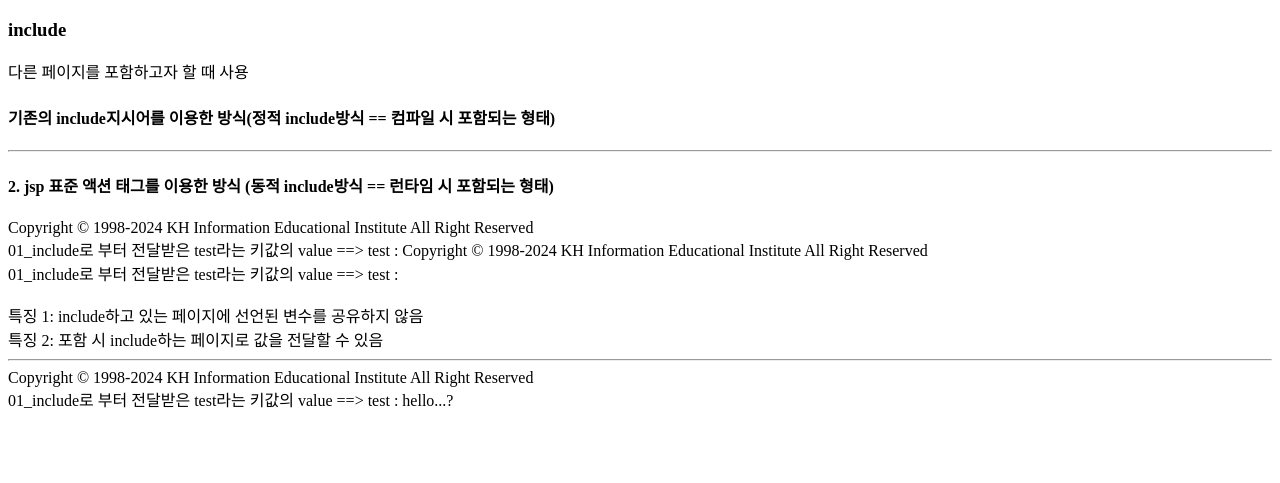
Repository: judeyong/myWebWorkSpace2
Page: http://localhost/Action_Project/views/StandardAction/01_include.jsp
The author's editor kept a copy of each file at every save. The page is drawn from the files as they stood at one save, then again after the next save.
The browser window is 1280 px wide. The pictures show the whole page.
The page is served by Tomcat 9. Other server files are loaded and not shown.

Above is the page before, as saved 2024-04-03 03:34:57.

### Action_Project/WebContent/views/StandardAction/01_include.jsp
<%@ page language="java" contentType="text/html; charset=UTF-8"
    pageEncoding="UTF-8"%>
<!DOCTYPE html>
<html>
<head>
<meta charset="UTF-8">
<title>Insert title here</title>
</head>
<body>

	<h3>include</h3>

	<p>
		다른 페이지를 포함하고자 할 때 사용
	</p>

	<h4>기존의 include지시어를 이용한 방식(정적 include방식 == 컴파일 시 포함되는 형태)</h4>
	<%--
	<%@ include file="footer.jsp" %>
	<br><br>

	특징 : include하고 있는 페이지상에 선언되어있는 변수를 현재 페이지에서도 사용이 가능

	include한 페이지 year값 : <%= year %><br><br>

	단점이 될 수도 있음
	현재 이 페이지에서 동일한 이름의 변수를 선언할 수 없음 <br><br>
	<%
		String year = "222";
	%>
	--%>

	<hr>

	<h4>2. jsp 표준 액션 태그를 이용한 방식 (동적 include방식 == 런타임 시 포함되는 형태)</h4>

	<jsp:include page="footer.jsp"></jsp:include>

	<!-- 반드시 시작태그와 종료태그를 둘 다 작성해야함 XML 기술이기 때문에 -->

	<jsp:include page="footer.jsp" />

	<!-- 단, 시작태그와 종료태그 사이에 넣을 값이 없다면 <시작태그 />로 작성할 수 있음 만약 작성하지 않으면 500에러가 발생함 -->

	<br><br>

	특징 1: include하고 있는 페이지에 선언된 변수를 공유하지 않음 <br>
	<% //String year = "2025"; %>

	특징 2: 포함 시 include하는 페이지로 값을 전달할 수 있음 <br>

	<hr>

	<jsp:include page="footer.jsp" >
		<jsp:param value="hello...?" name="test" />
	</jsp:include>























</body>
</html>

### Action_Project/WebContent/views/StandardAction/footer.jsp
<%@ page language="java" contentType="text/html; charset=UTF-8"
    pageEncoding="UTF-8"%>
    <%@ page import="java.text.SimpleDateFormat, java.util.Date" %>
<!DOCTYPE html>
<html>
<head>
<meta charset="UTF-8">
<title>나는 푸터야</title>
</head>
<body>
	<%
		// Date date = new Date();
		// 오늘 날짜
		// 오늘 날짜 기준으로 년도만 뽑아서 채워넣어야함
		// => SimpleDateFormat
		String year = new SimpleDateFormat("yyyy").format(new Date());
	%>

	Copyright © 1998-<%= year %> KH Information Educational Institute All Right Reserved

	<br>

	01_include로 부터 전달받은 test라는 키값의 value ==> test : ${ param.test }

</body>
</html>

After the next save:
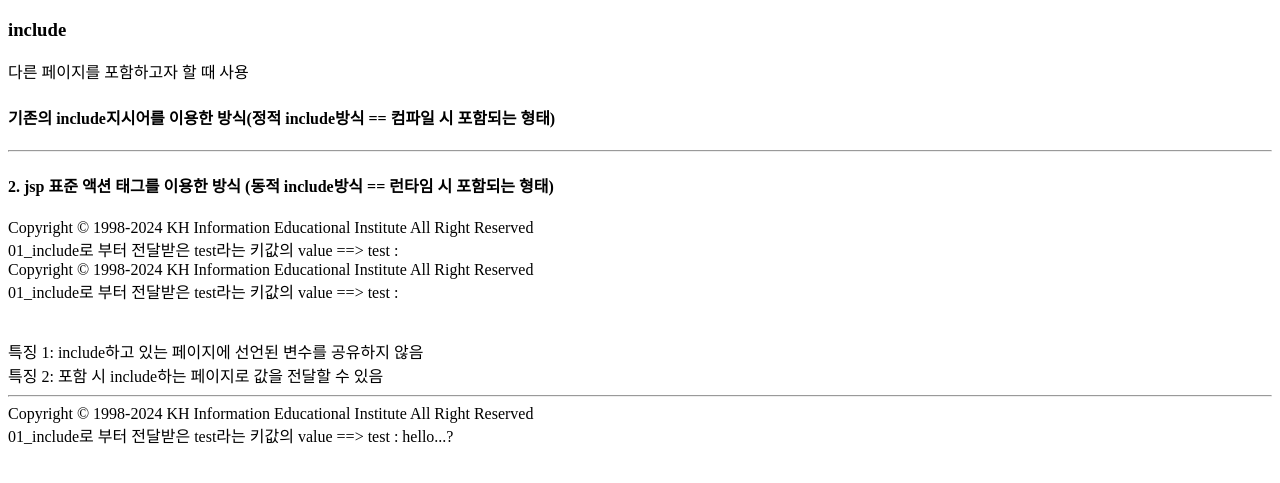
Saved 27 s later.
--- a/Action_Project/WebContent/views/StandardAction/footer.jsp
+++ b/Action_Project/WebContent/views/StandardAction/footer.jsp
@@ -20,7 +20,7 @@
 
 	<br>
 
-	01_include로 부터 전달받은 test라는 키값의 value ==> test : ${ param.test }
+	01_include로 부터 전달받은 test라는 키값의 value ==> test : ${ param.test } <br>
 
 </body>
 </html>
